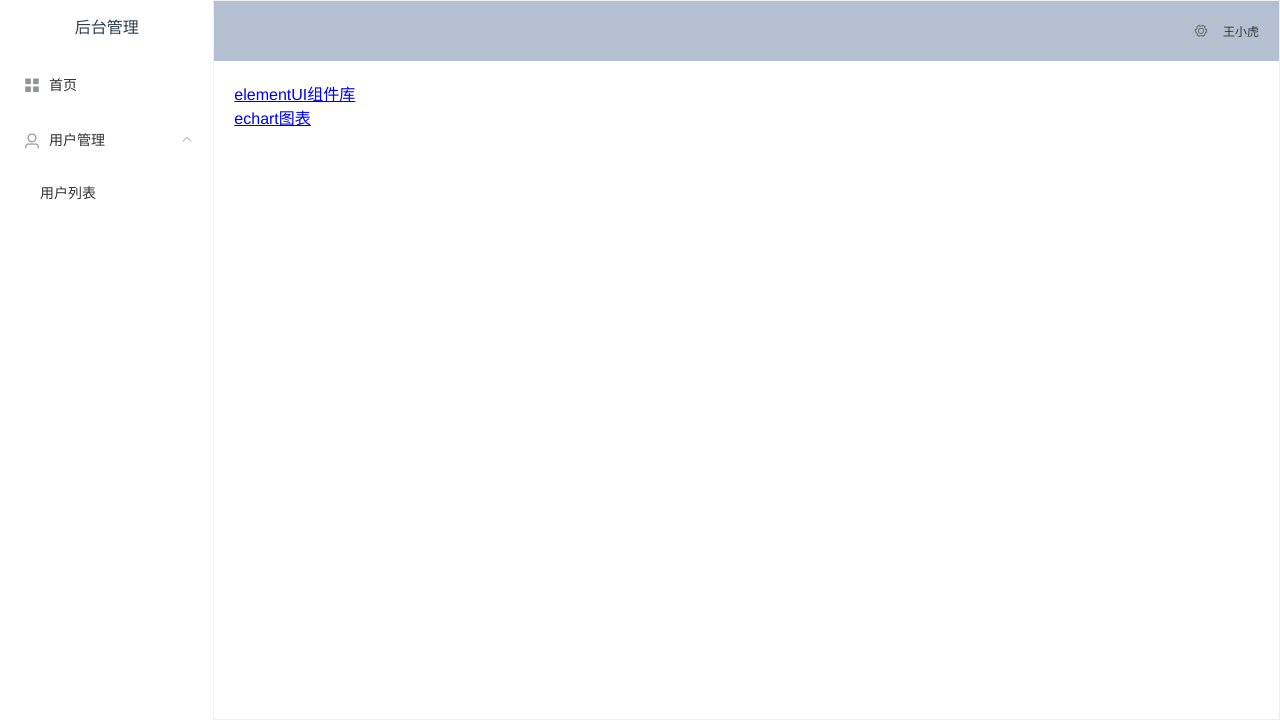
Repository: cmw520520/admin_vue
Page: /
The author's editor kept a copy of each file at every save. The page is drawn from the files as they stood at one save, then again after the next save.
The browser window is 1280 px wide. The pictures show the whole page.
The project was rebuilt for these pictures with package versions that can differ from the ones it lists, and the page was loaded fresh each time. Also part of the build but not shown: src/page/user/UserList.vue, example/Echart.vue.

Above is the page before, as saved 2019-07-01 15:06:38.

After the next save:
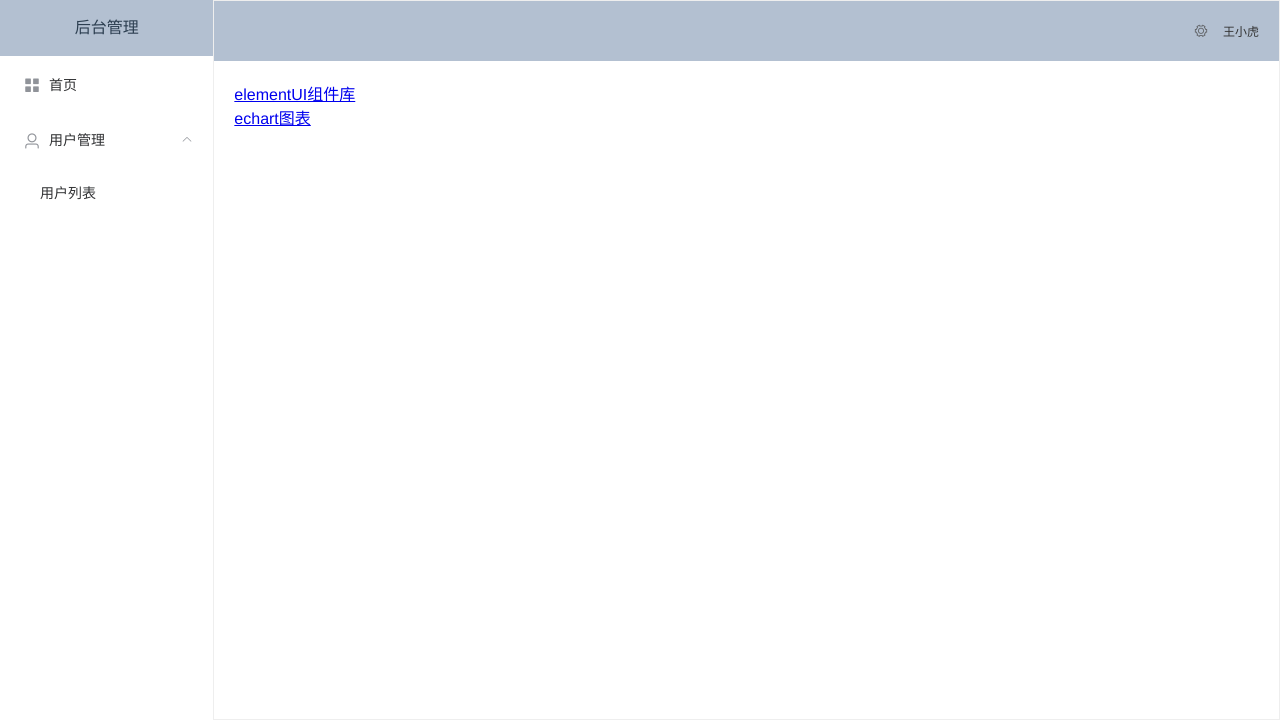
Saved 22 s later.
--- a/src/page/Manage.vue
+++ b/src/page/Manage.vue
@@ -65,6 +65,7 @@ export default {
 .logo {
     height: 56px;
     line-height: 56px;
+    background-color: #b3c0d1;
 }
 /* 导航logo E */
 </style>
